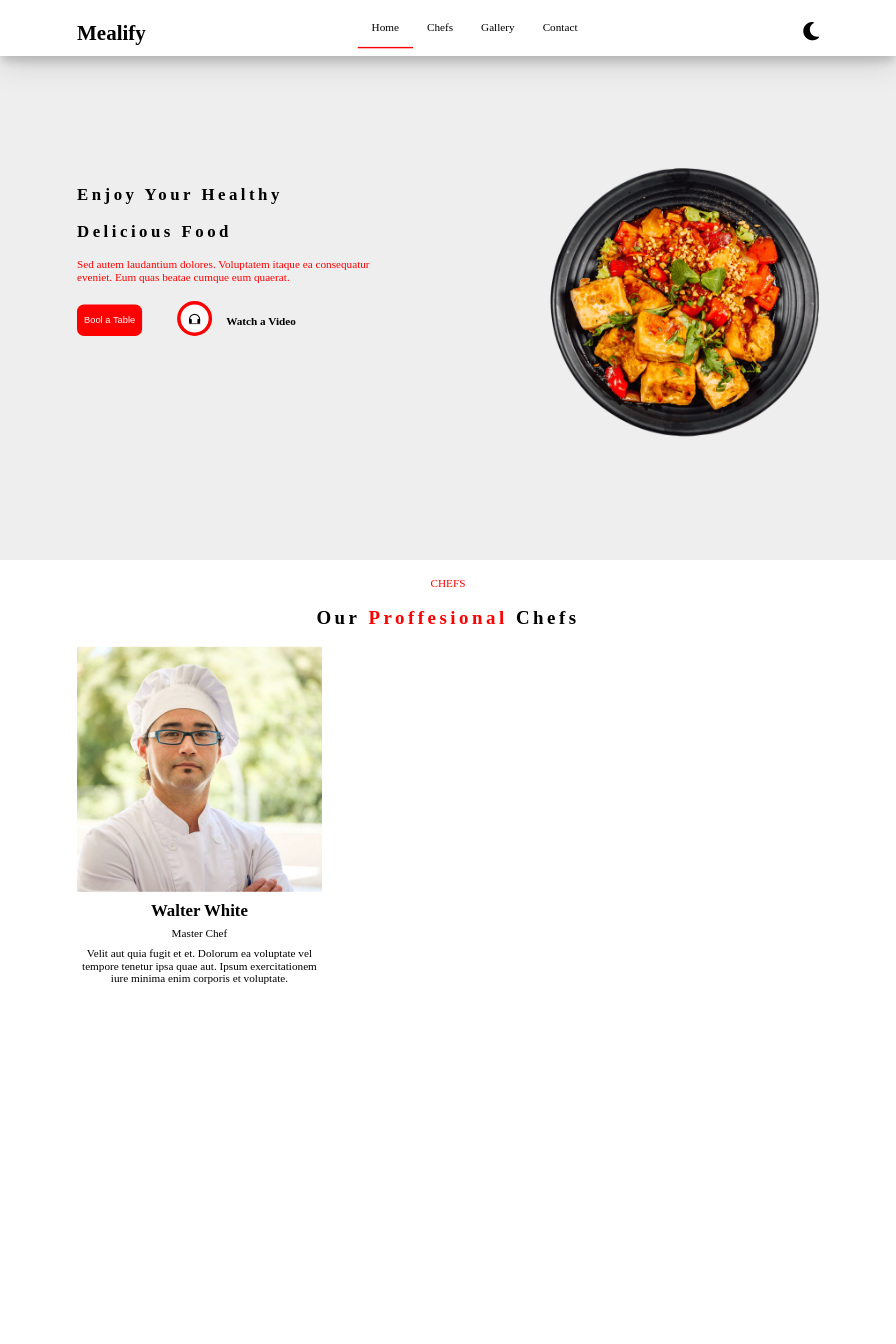
Repository: Ahmedalid/New-project
Page: Rout/index.html
The author's editor kept a copy of each file at every save. The page is drawn from the files as they stood at one save, then again after a run of saves.
The browser window is 1280 px wide. The pictures show the part of the page from y = 0 to 1920 px (the page is 5000 px tall), at 70% of full size.
The pointer rests on the first visible `.card-img`.

Above is the page before, as saved 2023-06-08 11:05:44.

### Rout/index.html
<!DOCTYPE html>
<html lang="en">

<head>
    <meta charset="UTF-8">
    <meta http-equiv="X-UA-Compatible" content="IE=edge">
    <meta name="viewport" content="width=device-width, initial-scale=1.0">
    <link rel="stylesheet" href="https://cdnjs.cloudflare.com/ajax/libs/font-awesome/6.4.0/css/all.min.css">
    <link rel="stylesheet" href="css/style.css">
    <title>Document</title>
</head>

<body>
    <!-- Start NavBar -->
    <nav>
        <div class="div-nav">
            <div class="nav-logo">
                <h1>Mealify</h1>
            </div>
            <div class="nav-item">
                <ul>
                    <li><a href="default.asp" class="home-actiev">Home</a></li>
                    <li><a href="" class="text-color">Chefs</a></li>
                    <li><a href="" class="text-color">Gallery</a></li>
                    <li><a href="" class="text-color">Contact</a></li>
                </ul>
            </div>
            <div class="nav-icon">
                <span><i class="fa-solid fa-moon"></i></span>
            </div>
        </div>
    </nav>
    <!-- End NavBar -->

    <!-- Start Header -->
    <header>
        <div class="div-header">
            <div class="content-header container">
                <h2 class="mt li">Enjoy Your Healthy</h2>
                <h2 class="mt li">Delicious Food</h2>
                <p class="mt text-color">Sed autem laudantium dolores. Voluptatem itaque ea consequatur eveniet.
                    Eum quas beatae cumque eum quaerat.</p>
                <div class="d-flex">
                    <button class="btn-Boolatable">Bool a Table</button>
                    <div class="d-flex mt  ">
                        <a href="" class="icone-headphones"> <span class="headphones d-center"> <i
                                    class="fa-solid fa-headphones "></i></span> </a>
                        <span class="Video">Watch a Video</span>
                    </div>
                </div>
            </div>
            <div class="content-header container">
                <div class="img-header ">
                    <img src="img/hero-img.png" alt="">
                </div>
            </div>
        </div>
    </header>
    <!-- End Header -->
    <section class="container">
        <p class="text-center text-color mt">CHEFS</p>
        <h5 class="li text-center our-section mt">
            Our
            <span class="text-color">Proffesional</span>
            Chefs
        </h5>
        <!-- Card And Img -->
        <div class="mt card-img">
            <div class="">
                <img src="img/chefs-3.jpg" alt="">
                <h2 class="text-center mt-1">Walter White </h5>
                <p class="text-center mt-1">Master Chef</p>
                <p class="text-center mt-1">
                    Velit aut quia fugit et et. Dolorum ea voluptate vel
                     tempore tenetur ipsa quae aut. Ipsum
                    exercitationem iure minima enim corporis et voluptate.
                </p>

            </div>
        </div>
    </section>
</body>

</html>

### Rout/css/style.css
*{
    margin: 0;
    padding: 0;
    box-sizing: border-box;
}
body{
    height: 5000px;
}
nav{
    box-shadow: 0px 16px 43px 0px rgba(0,0,0,0.1),0px 10px 15px -3px rgba(0,0,0,0.1),0px 10px 15px -3px rgba(0,0,0,0.1);
       height: 80px;
       position: sticky;
       top: 0;
       left: 0;
       overflow: auto;
       background-color: white;
}
.div-nav{
     margin: auto 110px;
    display: flex;
   margin-top: 30px;
    justify-content: space-between;
}
.container{
    margin: auto 110px;
}
.nav-item ul li{
    list-style: none;

    width: 100%;

}
.nav-item ul li a{
     text-decoration: none;
     color: black;
     padding: 20px;
     outline: none;
     transition: 0.5;
     font-weight: 400;
}
.nav-item ul li a:hover{
    border-bottom: 2px solid red;
}
.nav-item ul {
          display: flex;
    justify-content: space-between;

}
.nav-logo h1{
    font-weight: bold;
    font-size: 30px;
}
.home-actiev{
    border-bottom: 2px solid red;
    font-weight: bold;
}
.nav-icon span i{
    font-size: 30px;
}
/* End NavBar */
/* Start Header */
/* Start Header */
.div-header{
    display: flex;
}
header{
    background-color: #eeeeee;
    overflow: auto;
    height: 100vh;
}
.content-header{
  margin-top: 160px;
}
img{
    width: 100%;
}
.mt{
    margin-top: 25px;
}
.li{
    letter-spacing: 5px;
}
.text-color{
    color: #7f7f90;
}
.d-flex{
    display: flex;
}
.btn-Boolatable{
    border: none;
    outline: none;
    background-color: red;
    color: white;
    padding: 10px;
    border-radius: 10px;
    margin-top: 30px;
}
.headphones{
    background-color: white;
    border-radius: 50%;
    width: 50px;
    height: 50px;
    border: 5px solid red;
    margin-left: 50px;
    cursor: pointer;
}
.d-center{
    display: flex;
    justify-content: center;
    align-items: center;
}
.Video{
    margin-top: 20px;
    margin-left: 20px;
    font-weight: bold;
    cursor: pointer;
    transition: 0.5s;
}
.Video:hover{
    color: red;
}
.icone-headphones{
    color: black;
    list-style: none;
}

.text-center{
    text-align: center;
    /* margin-top: 50px; */
}
.text-color{
    color: red;
}
.our-section{
    font-size: 27px;
}
.card-img{
    width: 33%;
    display: inline-block;
    transition: 0.5s;
}
.mt-1{
    margin-top: 10px;
}
.card-img h4{
    font-weight:bold;
}
.card-img:hover{
    transform: scale(3s);
    cursor: pointer;
    transition: 0.5s;
}

After the next 2 saves:
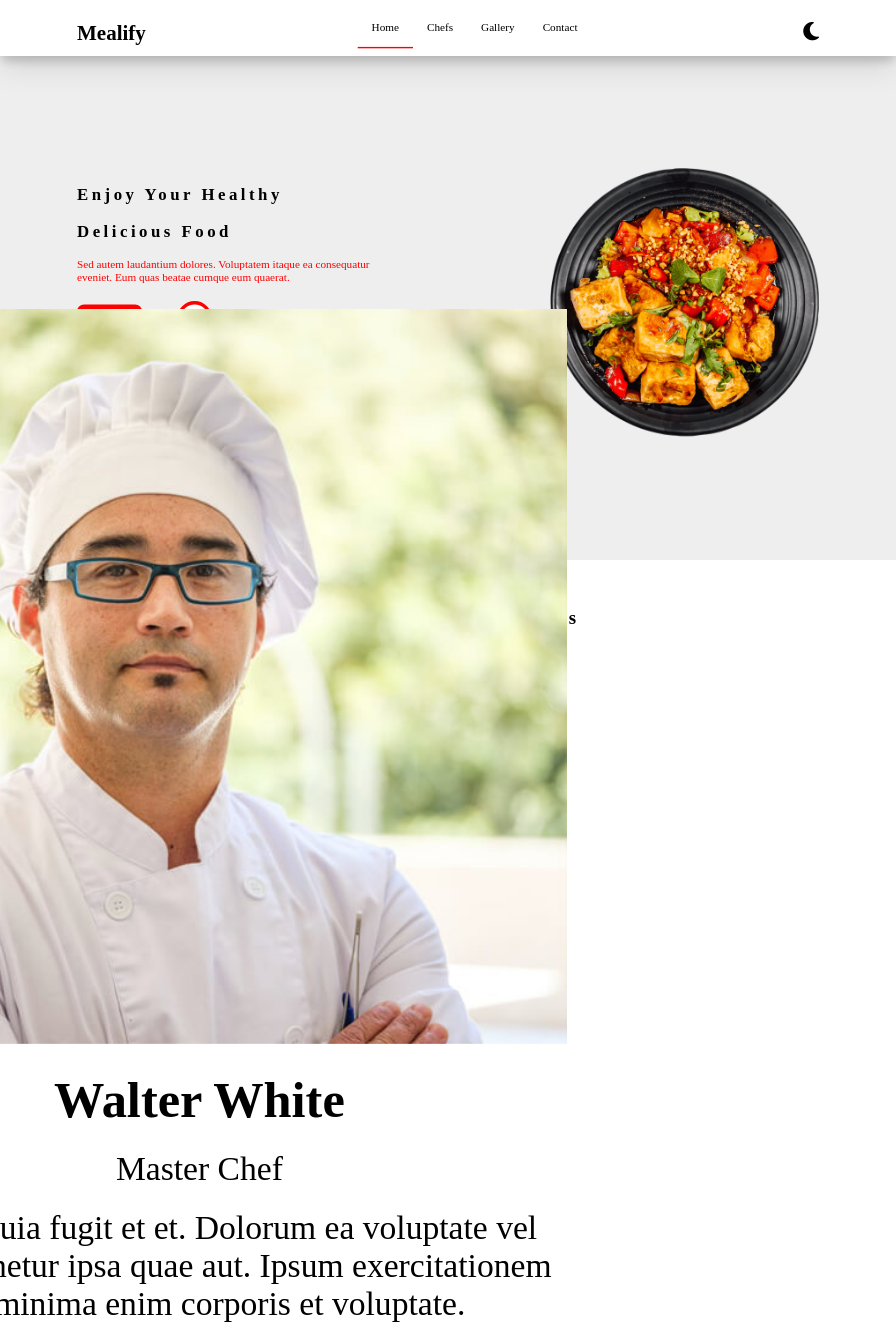
The 2 saves are shown as one change because they came seconds apart.
The last was saved 19 s later.
--- a/Rout/css/style.css
+++ b/Rout/css/style.css
@@ -146,7 +146,7 @@
     font-weight:bold;
 }
 .card-img:hover{
-    transform: scale(3s);
+    transform: scale(3 , 3);
     cursor: pointer;
     transition: 0.5s;
 }

After the save that followed:
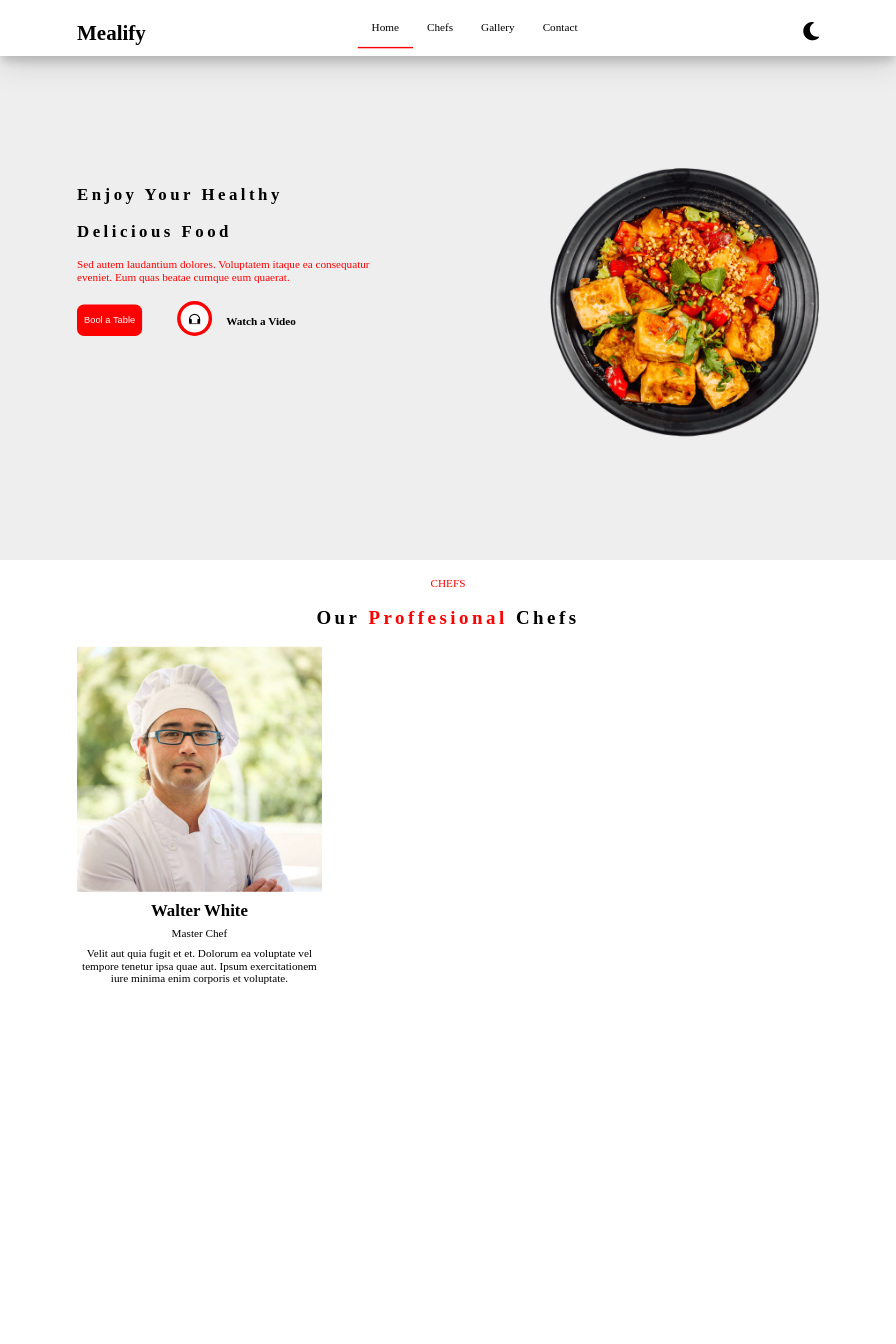
Saved 11 s later.
--- a/Rout/css/style.css
+++ b/Rout/css/style.css
@@ -146,7 +146,7 @@
     font-weight:bold;
 }
 .card-img:hover{
-    transform: scale(3 , 3);
+    transform: scale(3.5s , 3);
     cursor: pointer;
     transition: 0.5s;
 }
